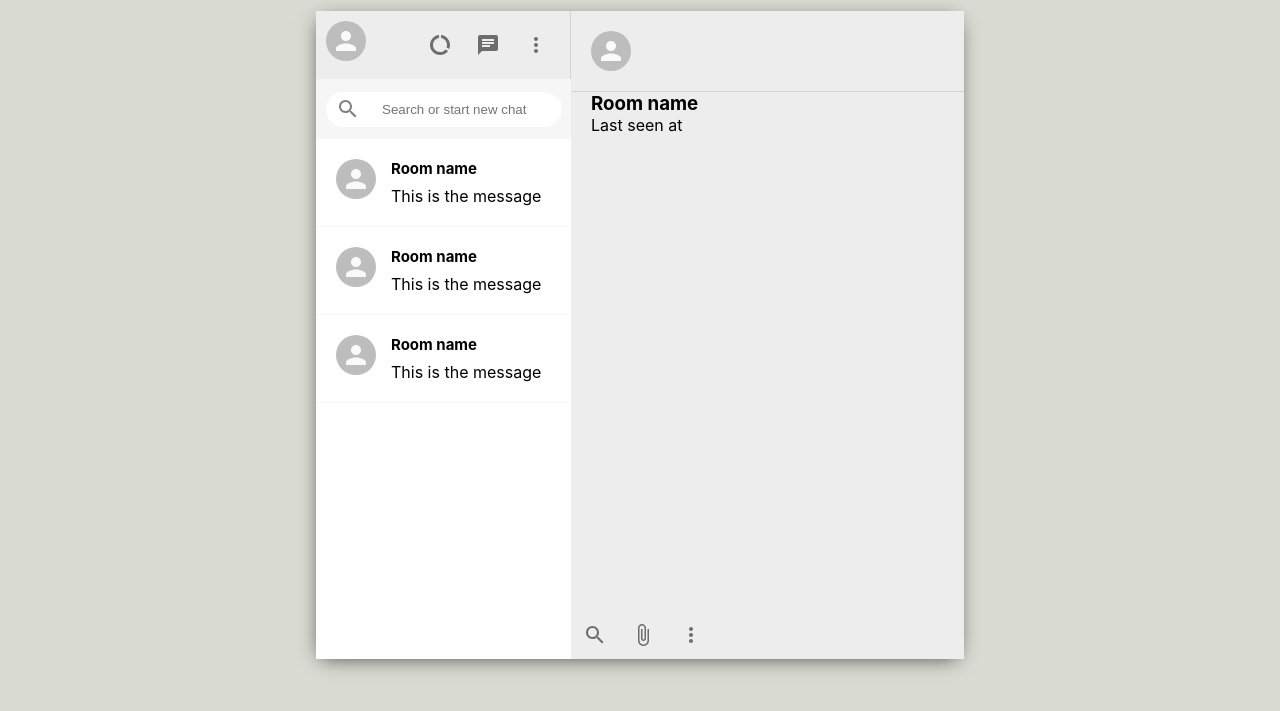
Repository: SayedJamil/WhatsappClone
Page: /
An editor plug-in stored every save of this project. The page is shown before and after the next save, followed by the edit.
The browser window is 1280 px wide. The pictures show the whole page.
The project was rebuilt for these pictures with package versions that can differ from the ones it lists, and the page was loaded fresh each time.

Above is the page before, as saved 2021-06-23 12:12:33.

After the next save:
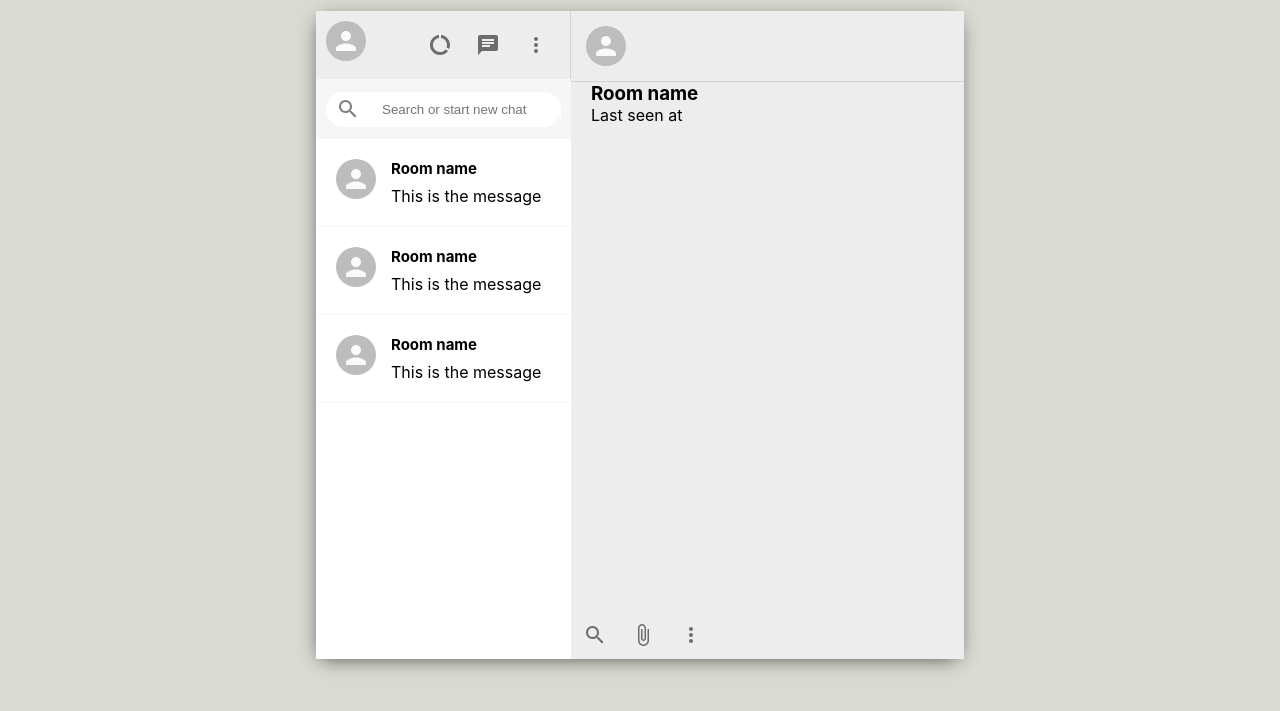
Saved 39 s later.
--- a/src/Chat.css
+++ b/src/Chat.css
@@ -8,7 +8,7 @@
 display: flex;
 align-items: center;
 border-bottom: 1px solid lightgray;
-padding: 20px;
+padding: 15px;
 }
 
 .chat_info{
